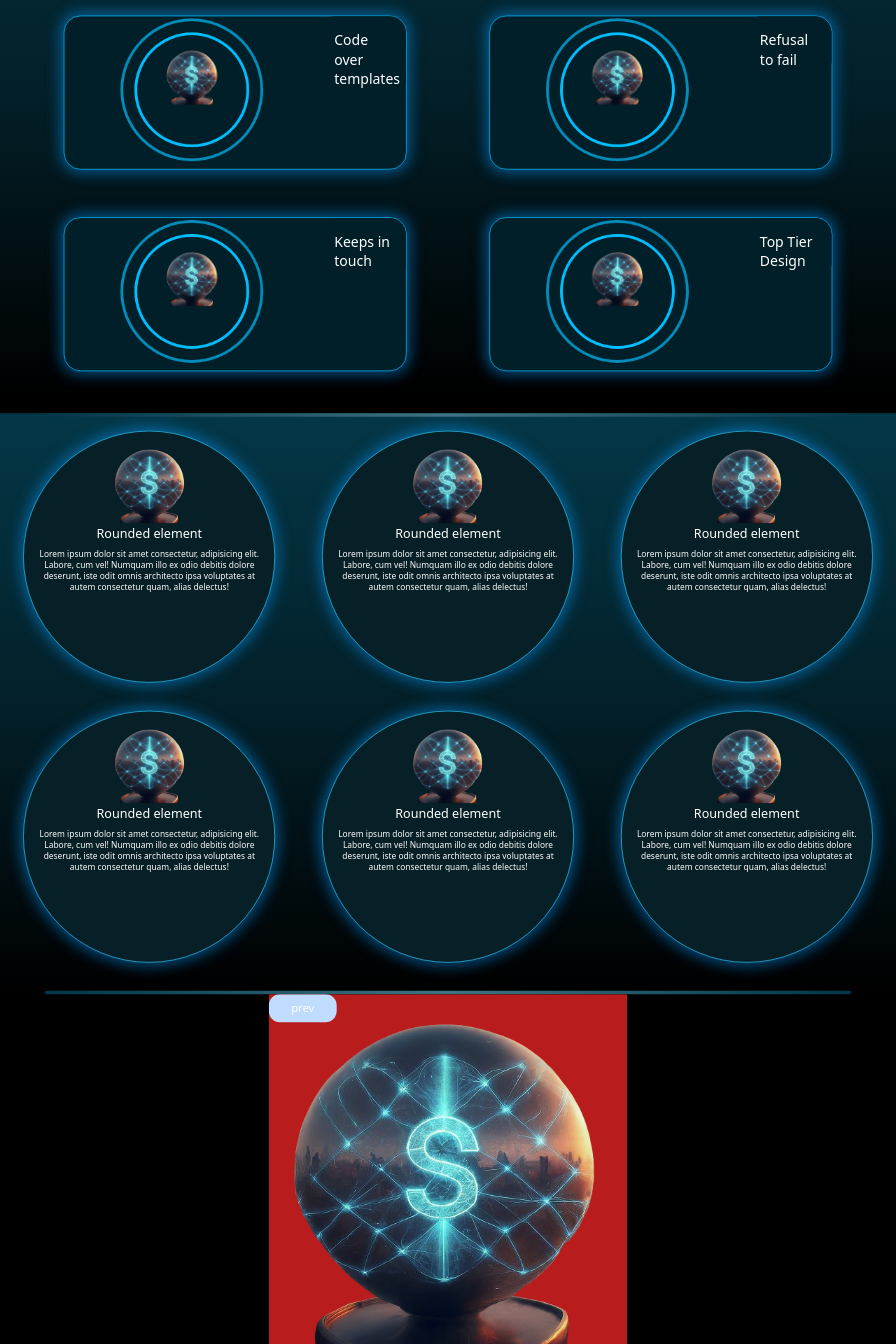
Repository: TMuse333/q3-desings2
Page: /
These files come from the project's save history. The page is drawn as it stood at one moment and after the next save; the edit follows.
The browser window is 1280 px wide. The pictures show the part of the page from y = 1046 to 2966 px (the page is 2966 px tall), at 70% of full size.
The project was rebuilt for these pictures with package versions that can differ from the ones it lists, and the page was loaded fresh each time. Also part of the build but not shown: vite.config.ts.

Above is the page before, as saved 2024-05-11 13:42:58.

After the next save:
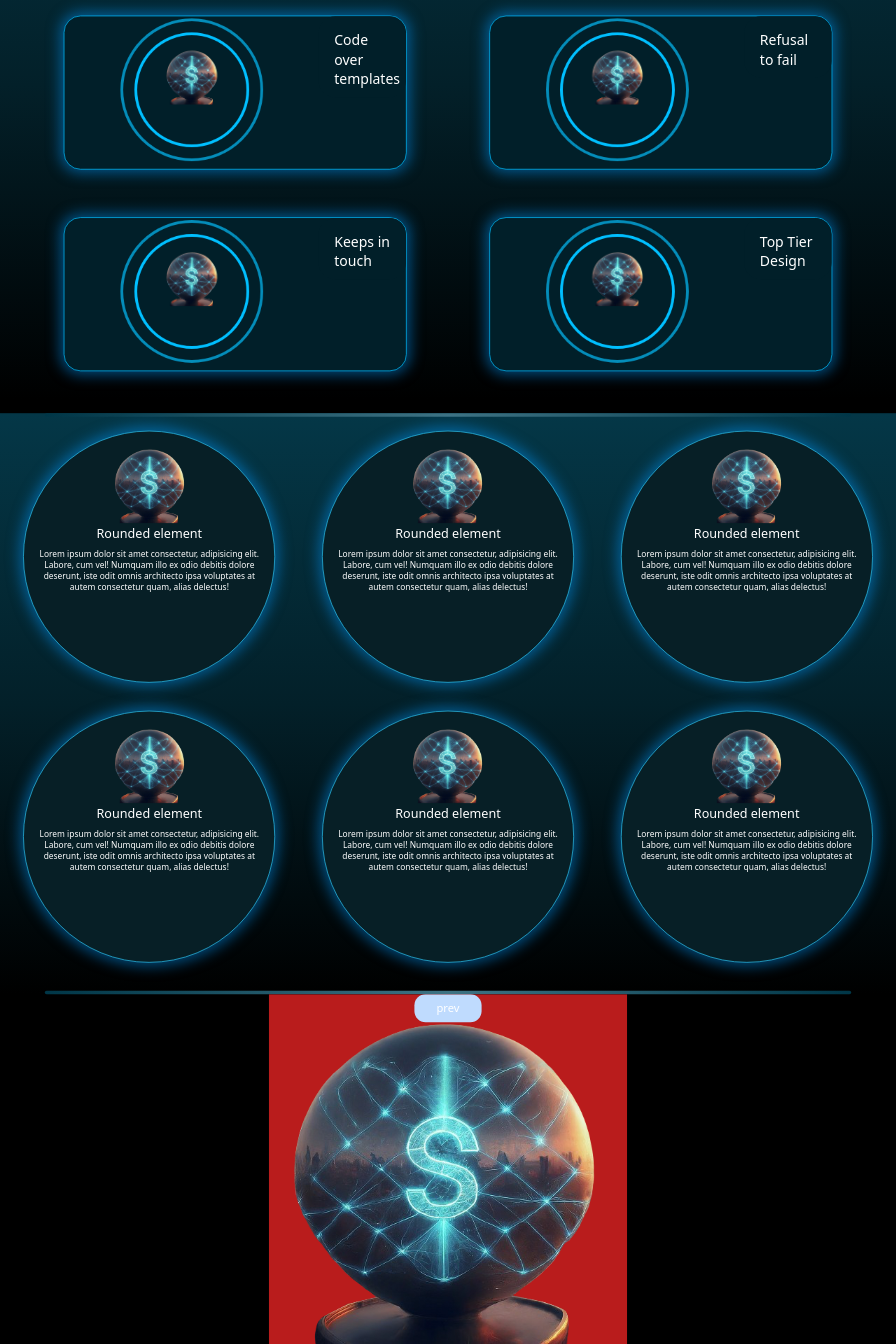
Saved 5 s later.
--- a/src/components/carousel/carousel.tsx
+++ b/src/components/carousel/carousel.tsx
@@ -24,7 +24,7 @@ const Carousel:React.FC<CarouselProps> = ({images}) =>{
                     />
                 ))}
                     <div className='absolute w-[100%]
-                    flex flex-row'>
+                    flex flex-row justify-around'>
                 <button className='bg-blue-200'>
                     prev
                 </button>
